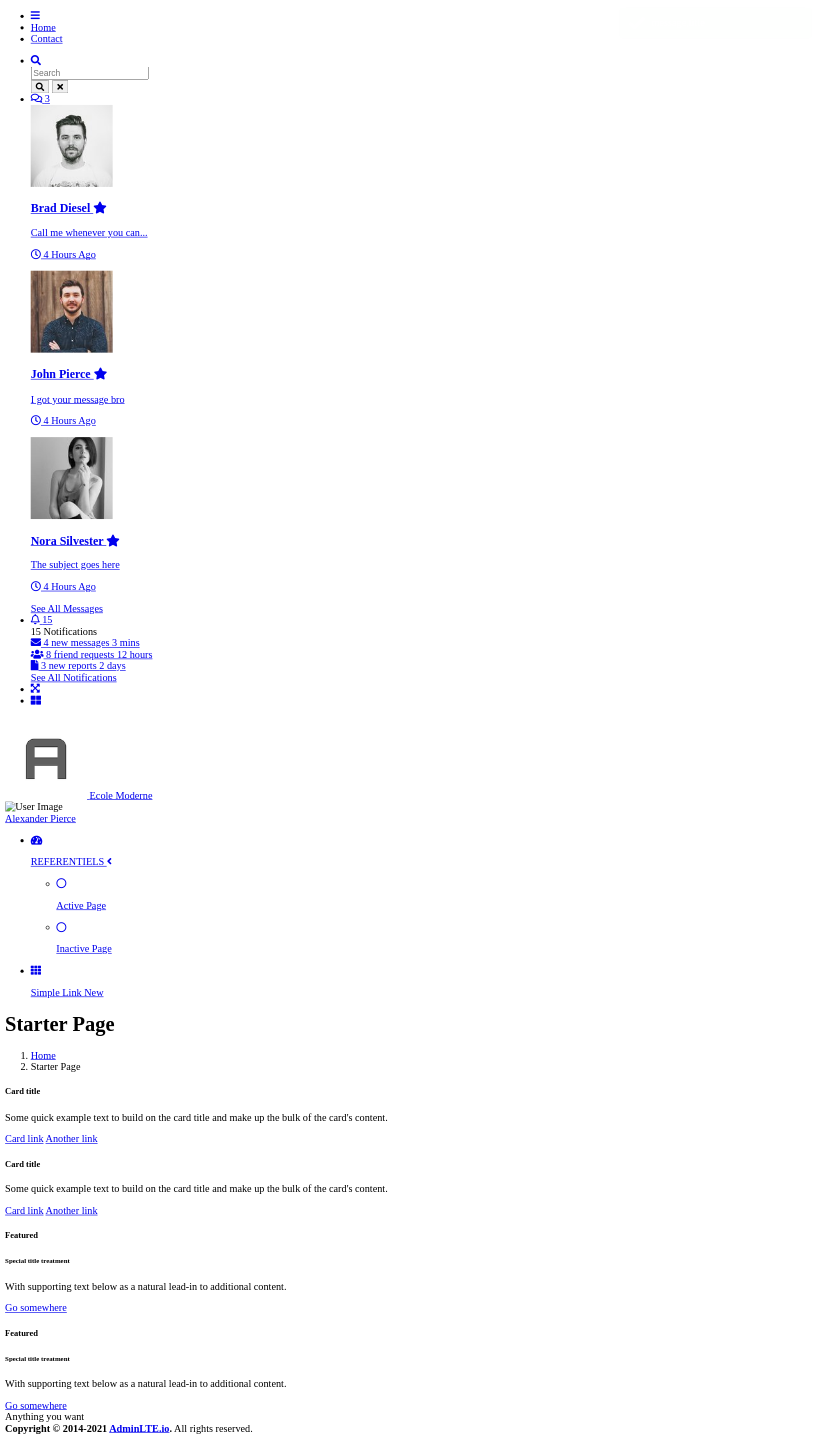
Repository: alangetelengo/SchoolV1
Page: http://localhost/
An editor plug-in stored every save of this project. The page is shown before and after the next save, followed by the edit.
The browser window is 1280 px wide. The pictures show the whole page, at 64% of full size.
Some web fonts or font styles are not loaded; a fallback is used. The page is served by the project's Laravel application, run on PHP 8.4 with Laravel 9.

Above is the page before, as saved 2023-04-19 13:34:53.

After the next save:
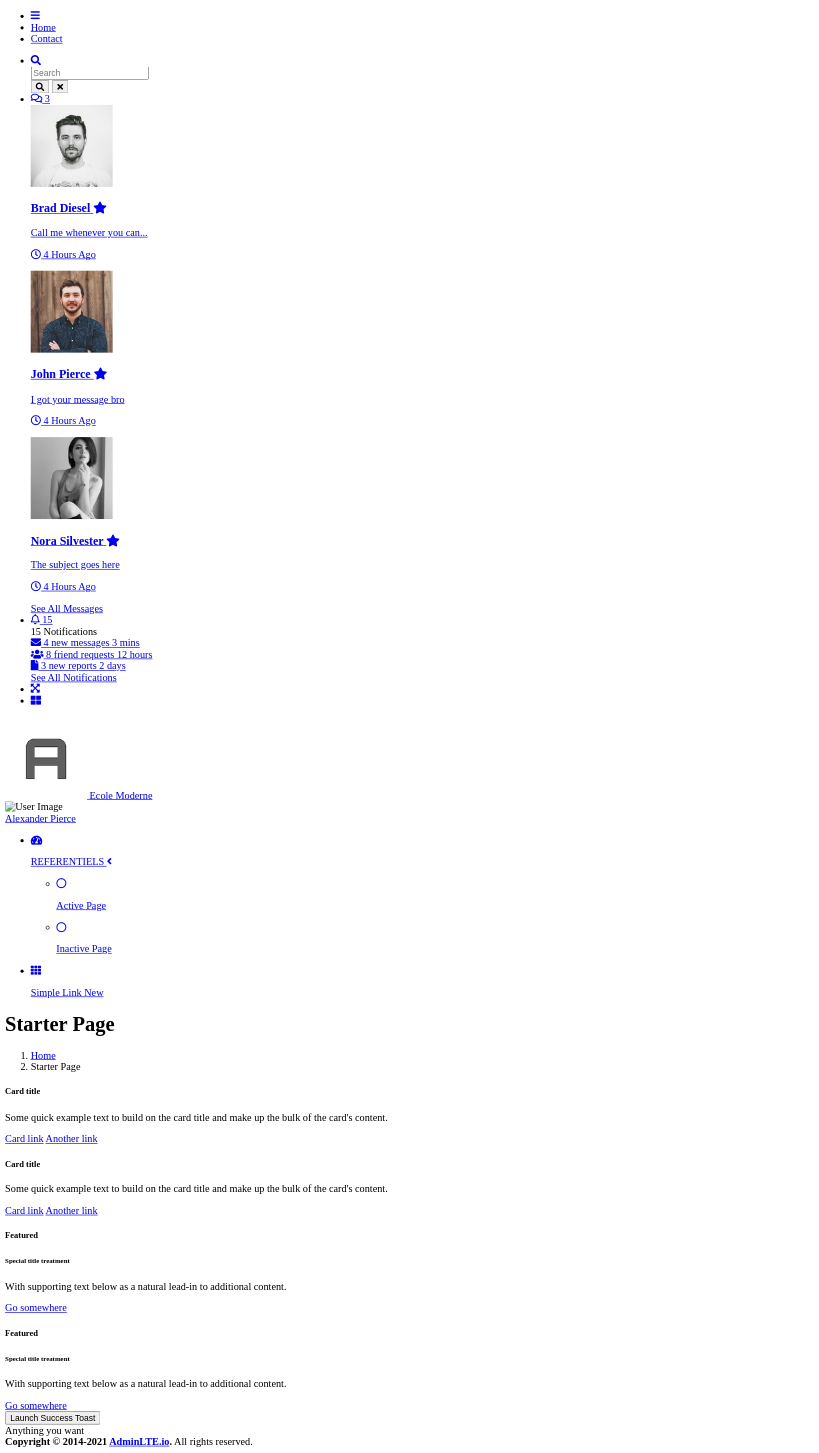
Saved 69 s later.
--- a/resources/views/accueil.blade.php
+++ b/resources/views/accueil.blade.php
@@ -65,6 +65,10 @@
                             <p class="card-text">With supporting text below as a natural lead-in to additional content.</p>
                             <a href="#" class="btn btn-primary">Go somewhere</a>
                         </div>
+
+                        <button type="button" class="btn btn-success swalDefaultSuccess">
+                            Launch Success Toast
+                            </button
                     </div>
                 </div>
             </div>
